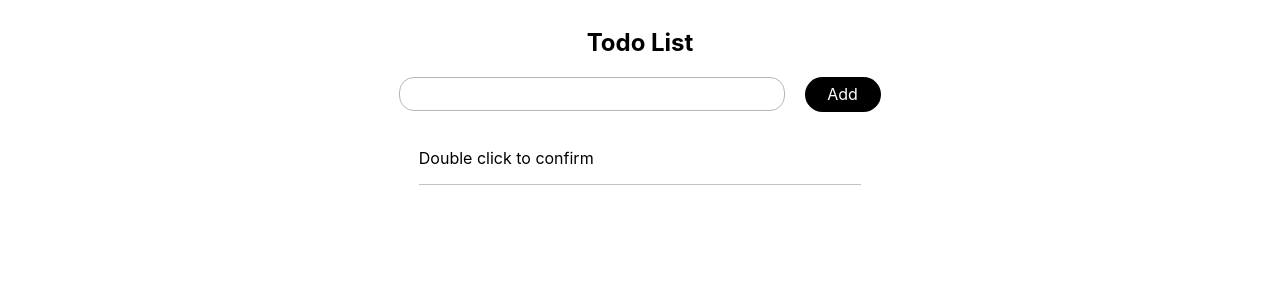
Repository: irenewuu/comp4130_checklist
Page: index.html
The author's editor kept a copy of each file at every save. The page is drawn from the files as they stood at one save, then again after the next save.
The browser window is 1280 px wide. The pictures show the whole page.

Above is the page before, as saved 2022-01-12 15:24:19.

### index.html
<!DOCTYPE html>
<html lang="en">
  <head>
    <meta charset="UTF-8">
    <meta name="viewport" content="width=device-width, initial-scale=1.0">
    <link rel="stylesheet" href="style.css">
    <script src="index.js"></script>
    <title>Comp4130_Checklist</title>
  </head>
  <body>
    <div class="main">
      <!-- title area -->
      <div class="title">
      <h2>Todo List</h2>
      </div>
      <!-- input area -->
      <form class="input">
        <input type="text" class="text" id="myInput" onkeyup="13" >
        <span class="btn" onclick="newElement()">Add</span>
      </form>
      <!-- homework checklist -->
      <div class="sortbox">
        <!-- <h4>Sort</h4>
        <img src="image/Iconly/Bold/sort.svg"> -->
        <p>Double click to confirm</p>
      </div>
      <ul id="NewList">

      </ul>
    </div>
  </body>
</html>

### style.css
.main {
  width: 100%;
  height: 100%;
  display: flex;
  flex-direction: column;
  justify-content: center;
  align-items: center;
  font-family: -apple-system, BlinkMacSystemFont, "Segoe UI", Roboto;
}
form > span {
  width: 60%;
  display: flex;
  justify-content: center;
  background: #000000;
  color: #fff;
  justify-content: center;
  align-items: center;
}
.input {
  width: 60%;
  display: flex;
  justify-content: center;
}
.text {
  width: 50%;
  height: 30px;
  border-radius: 15px;
  border: 1px solid rgb(182, 182, 182);
}
.btn {
  width: 10%;
  height: 35px;
  border-radius: 20px;
  margin-left: 20px;
}
.sortbox {
  width: 35%;
  display: flex;
  flex-direction: row;
  border-bottom: 1px solid #c2c2c2;
  margin-top: 20px;
}
.sortbox > img {
  margin: 10px;
}
ul {
  width: 35%;
  justify-content: center;
  margin: 0;
  padding: 0;
}
/* Style the list items */
ul li {
  cursor: pointer;
  position: relative;
  padding: 12px 8px 12px 40px;
  list-style-type: none;
  border-bottom: 1px solid #c2c2c2;
  font-size: 18px;
  transition: 0.2s;

  /* make the list items unselectable */
  -webkit-user-select: none;
  -moz-user-select: none;
  -ms-user-select: none;
  user-select: none;
}

ul li span {
  position: relative;
  right: 10px;
}

/* hover */
ul li:hover {
  background: #ddd;
}

/* When clicked on, add a background color and strike out text */
ul li.checked {
  background: #888;
  color: #fff;
  text-decoration: line-through;
}
/* Add a "checked" mark when clicked on */
ul li.checked::before {
  content: "";
  position: absolute;
  border-color: #fff;
  border-style: solid;
  border-width: 0 2px 2px 0;
  top: 10px;
  left: 16px;
  transform: rotate(45deg);
  height: 15px;
  width: 7px;
}
/* Style the close button */
.close {
  position: absolute;
  right: 0;
  top: 0;
  padding: 12px 16px 12px 16px;
}

.close:hover {
  background-color: #f72585;
}

@media only screen and (max-width: 600px) {
  .input {
    width: 60%;
    display: flex;
    justify-content: center;
  }
  .text {
    width: 65%;
    height: 20px;
  }
  .btn {
    width: 30%;
    height: 26px;
  }
}

### index.js
let data = [];

// // Create a "close" button and append it to each list item
var listItem = document.getElementsByTagName("li");

// Create a new list item when clicking on the "Add" button
function newElement() {
  console.log(data)
  var li = document.createElement("li");
  // li.className = "unchecked";
  var inputValue = document.getElementById("myInput").value;

  //putting input value in list
  var spanText = document.createTextNode(inputValue);
  var span = document.createElement("span");
  span.appendChild(spanText);
  li.appendChild(span);


  // delete img
  var bin = document.createElement("img");
  bin.src = "image/iconly/bold/delete.svg";
  bin.className = "close";
  li.appendChild(bin);

  if (inputValue === '') {
    alert("You must write something!");
    data.push()
  } else {
    document.getElementById("NewList").appendChild(li);
  }

  document.getElementById("myInput").value = "";

  // Click on a close button to hide the current list item
  // push object in array
  data.push({ value: inputValue })
  console.log(data)

  // Add a "checked" symbol when clicking on a list item
  // var list = document.querySelector('ul');
  // list.addEventListener('click', function(ev) {
  //   if (ev.target.tagName === 'LI') {
  //     // ev.target.tagName.className = "checked";
  //     ev.target.classList.toggle('checked');
  //   }
  // }, false);

  var close = document.getElementsByClassName("close");

    for (var i = 0; i < close.length; i++) {
      close[i].onclick = function () {

        data.splice(data[i], 1);
        console.log(data)

        // delete the item onclick
        var div = this.parentElement;
        div.remove(0,-1);
      }
    }


    for (var i = 0; i < listItem.length; i++) {
      listItem[i].onclick = function () {
       // Add a "checked" symbol when clicking on a list item
        var list = document.querySelector('ul');
        list.addEventListener('click', function(ev) {
        if (ev.target.tagName === 'LI') {
          ev.target.classList.toggle('checked');

        }

  }, false);
      }
    }
}

After the next save:
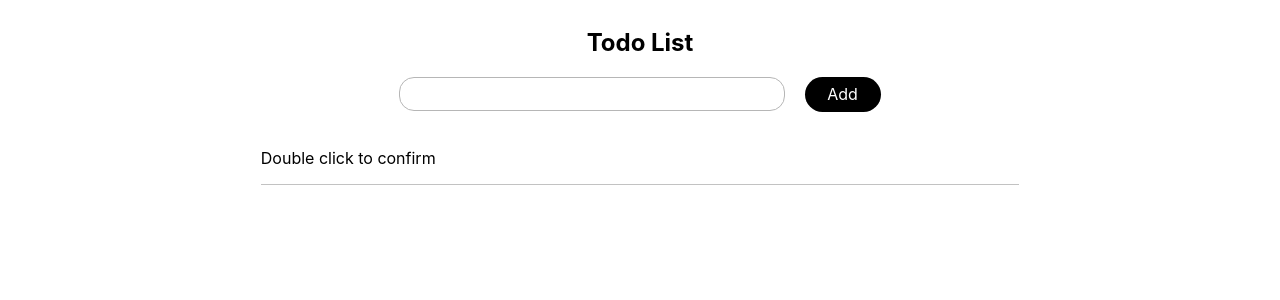
Saved 76 s later.
--- a/style.css
+++ b/style.css
@@ -34,7 +34,7 @@ form > span {
   margin-left: 20px;
 }
 .sortbox {
-  width: 35%;
+  width: 60%;
   display: flex;
   flex-direction: row;
   border-bottom: 1px solid #c2c2c2;
@@ -44,7 +44,7 @@ form > span {
   margin: 10px;
 }
 ul {
-  width: 35%;
+  width: 60%;
   justify-content: center;
   margin: 0;
   padding: 0;
